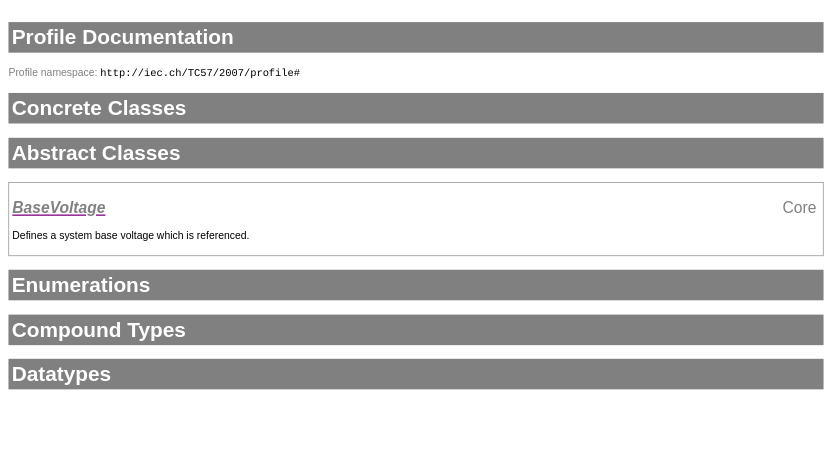
Repository: markodj99/IES-Project
Page: Projekat/Profile/Profile/Profiles/Profile.html
An editor plug-in stored every save of this project. The page is shown before and after the next save, followed by the edit.
The browser window is 1280 px wide. The pictures show the whole page, at 65% of full size.

Above is the page before, as saved 2022-07-28 17:12:09.

### Projekat/Profile/Profile/Profiles/Profile.html
<?xml version="1.0" encoding="UTF-8"?>
<!DOCTYPE html PUBLIC "-//W3C//DTD XHTML 1.1//EN" "http://www.w3.org/TR/xhtml11/DTD/xhtml11.dtd">
<html xmlns="http://www.w3.org/1999/xhtml" xmlns:a="http://langdale.com.au/2005/Message#" xmlns:xs="http://www.w3.org/2001/XMLSchema">
<head>
<title>Profile Documentation</title>
<style type="text/css">
/* typography: fonts */
body { font-family: arial, sans-serif; }

.name, .type, .cardinality, .superclass, .xsdtype, .namespace { font-family: courier, monospace; }


/* typography: emphasis */
h1 { color: white; background: gray;}

h2, h3 { color: gray; text-decoration: none;}

h2.abstract, h2.enumerated, h2.domain {font-style: italic }

p.note { background-color: #ddd }

p.declaration { color: gray }

:link { color: purple; }

.xsdtype { color: black; font-weight: bold; }

.namespace { color: black }

.package { font-size: x-large; color: gray }


/* borders */
div.group {
	border-style: solid;
	border-color: gray;
	border-width: 1px;

}

th, td {
	border-top-style : solid;
	border-top-width : 1px;
	border-color: gray;
 }


/* spacing and alignment */
body {padding: 5px; }

h1 { padding: 5px;}

div.group {
	margin-top: 10px;
	padding: 5px;
	position: relative;
}
th, td {
	text-align : left;
	vertical-align : top;
}
th, td.type { width: 15em; overflow: visible; }

p.cardinality { width: 4em; }

p.package { position: absolute; right: 10px; top: 0px}
</style>
</head>
<body>
<h1>Profile Documentation</h1>
<p/>
<p class="declaration">
					Profile namespace:
					<span class="namespace">http://iec.ch/TC57/2007/profile#</span>
</p>
<h1>Concrete Classes</h1>
<h1>Abstract Classes</h1>
<div id="BaseVoltage" class="group">
<a href="#BaseVoltage">
<h2 class="abstract">BaseVoltage</h2>
</a>
<p class="package">Core</p>
<p class="comment">Defines a system base voltage which is referenced.</p>
</div>
<h1>Enumerations</h1>
<h1>Compound Types</h1>
<h1>Datatypes</h1>
</body>
</html>

After the next save:
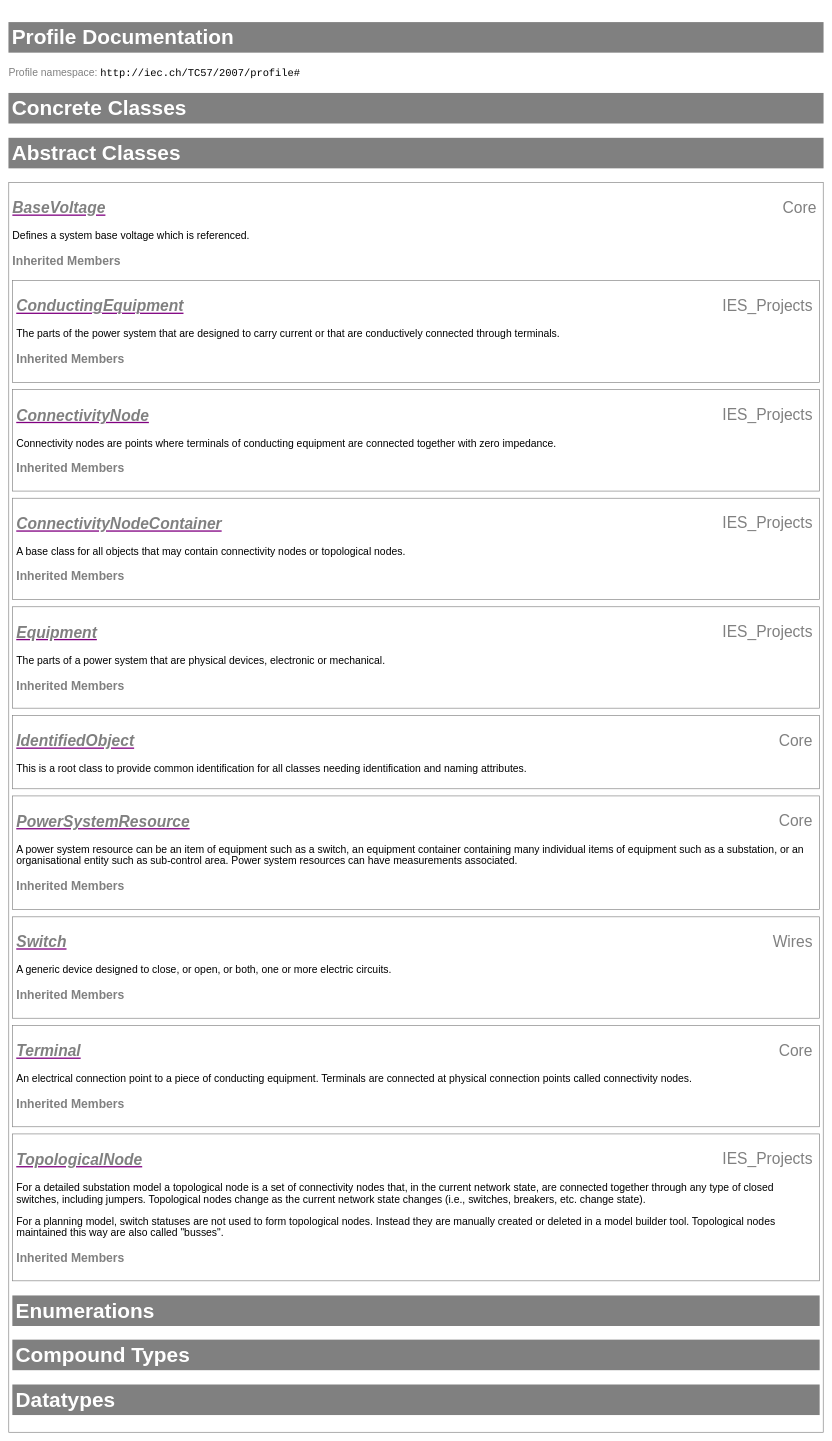
Saved 2 min 47 s later.
--- a/Projekat/Profile/Profile/Profiles/Profile.html
+++ b/Projekat/Profile/Profile/Profiles/Profile.html
@@ -81,6 +81,95 @@ p.package { position: absolute; right: 10px; top: 0px}
 </a>
 <p class="package">Core</p>
 <p class="comment">Defines a system base voltage which is referenced.</p>
+<h3>Inherited Members</h3>
+<table/>
+</div>
+<div id="ConductingEquipment" class="group">
+<a href="#ConductingEquipment">
+<h2 class="abstract">ConductingEquipment</h2>
+</a>
+<p class="package">IES_Projects</p>
+<p class="comment">The parts of the power system that are designed to carry current or that are conductively connected through terminals.</p>
+<h3>Inherited Members</h3>
+<table/>
+<table/>
+<table/>
+</div>
+<div id="ConnectivityNode" class="group">
+<a href="#ConnectivityNode">
+<h2 class="abstract">ConnectivityNode</h2>
+</a>
+<p class="package">IES_Projects</p>
+<p class="comment">Connectivity nodes are points where terminals of conducting equipment are connected together with zero impedance.</p>
+<h3>Inherited Members</h3>
+<table/>
+</div>
+<div id="ConnectivityNodeContainer" class="group">
+<a href="#ConnectivityNodeContainer">
+<h2 class="abstract">ConnectivityNodeContainer</h2>
+</a>
+<p class="package">IES_Projects</p>
+<p class="comment">A base class for all objects that may contain connectivity nodes or topological nodes.</p>
+<h3>Inherited Members</h3>
+<table/>
+<table/>
+</div>
+<div id="Equipment" class="group">
+<a href="#Equipment">
+<h2 class="abstract">Equipment</h2>
+</a>
+<p class="package">IES_Projects</p>
+<p class="comment">The parts of a power system that are physical devices, electronic or mechanical.</p>
+<h3>Inherited Members</h3>
+<table/>
+<table/>
+</div>
+<div id="IdentifiedObject" class="group">
+<a href="#IdentifiedObject">
+<h2 class="abstract">IdentifiedObject</h2>
+</a>
+<p class="package">Core</p>
+<p class="comment">This is a root class to provide common identification for all classes needing identification and naming attributes.</p>
+</div>
+<div id="PowerSystemResource" class="group">
+<a href="#PowerSystemResource">
+<h2 class="abstract">PowerSystemResource</h2>
+</a>
+<p class="package">Core</p>
+<p class="comment">A power system resource can be an item of equipment such as a switch, an equipment container containing many individual items of equipment such as a substation, or an organisational entity such as sub-control area. Power system resources can have measurements associated.</p>
+<h3>Inherited Members</h3>
+<table/>
+</div>
+<div id="Switch" class="group">
+<a href="#Switch">
+<h2 class="abstract">Switch</h2>
+</a>
+<p class="package">Wires</p>
+<p class="comment">A generic device designed to close, or open, or both, one or more electric circuits.</p>
+<h3>Inherited Members</h3>
+<table/>
+<table/>
+<table/>
+<table/>
+</div>
+<div id="Terminal" class="group">
+<a href="#Terminal">
+<h2 class="abstract">Terminal</h2>
+</a>
+<p class="package">Core</p>
+<p class="comment">An electrical connection point to a piece of conducting equipment. Terminals are connected at physical connection points called connectivity nodes.</p>
+<h3>Inherited Members</h3>
+<table/>
+</div>
+<div id="TopologicalNode" class="group">
+<a href="#TopologicalNode">
+<h2 class="abstract">TopologicalNode</h2>
+</a>
+<p class="package">IES_Projects</p>
+<p class="comment">For a detailed substation model a topological node is a set of connectivity nodes that, in the current network state, are connected together through any type of closed switches, including  jumpers. Topological nodes change as the current network state changes (i.e., switches, breakers, etc. change state).</p>
+<p class="comment">For a planning model, switch statuses are not used to form topological nodes. Instead they are manually created or deleted in a model builder tool. Topological nodes maintained this way are also called "busses".</p>
+<h3>Inherited Members</h3>
+<table/>
 </div>
 <h1>Enumerations</h1>
 <h1>Compound Types</h1>
